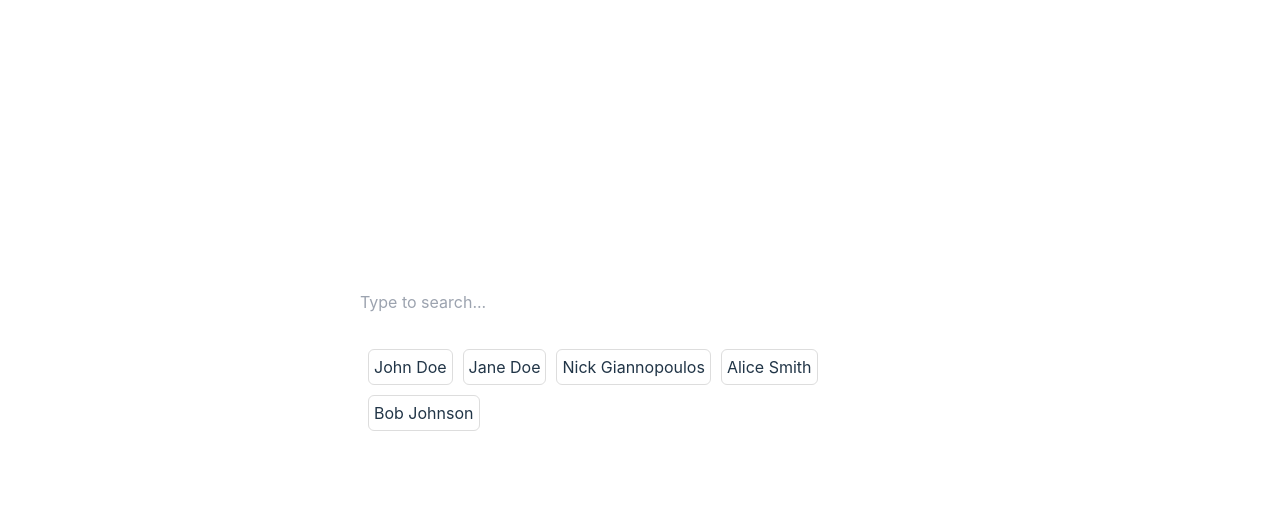
Repository: Ayansaxena24/Chip
Page: /
The author's editor kept a copy of each file at every save. The page is drawn from the files as they stood at one save, then again after a run of saves.
The browser window is 1280 px wide. The pictures show the whole page.
Some web libraries are served in a nearby version. The project was rebuilt for these pictures with package versions that can differ from the ones it lists, and the page was loaded fresh each time. Also part of the build but not shown: vite.config.ts, src/ChipInput.css.

Above is the page before, as saved 2024-01-16 03:41:45.

After the next 2 saves:
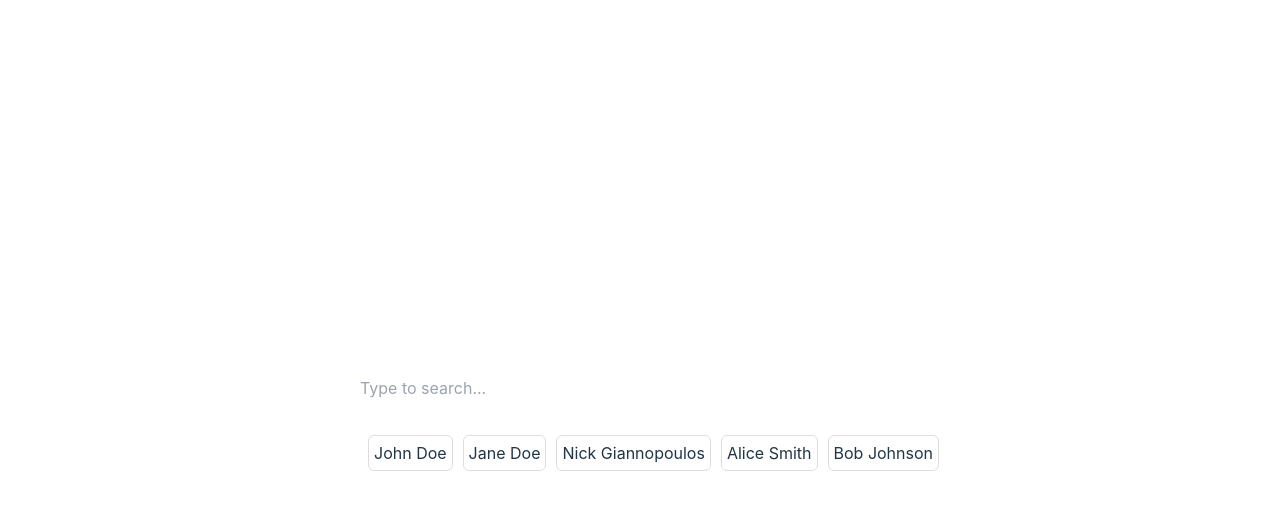
The 2 saves are shown as one change because they came seconds apart.
The last was saved 38 s later.
--- a/src/ChipInput.tsx
+++ b/src/ChipInput.tsx
@@ -95,7 +95,7 @@ const ChipInput: React.FC = () => {
             className="rounded-md w-[100vh] pl-2 py-4 fixed"
           />
         </div>
-        <ul className={`${chips.length !== 5 ? "mt-16 cursor-pointer p-[5px] m-[5px] border-white rounded-md border-[1px] border-solid flex flex-wrap" : ""}`}>
+        <ul className={`${chips.length !== 5 ? "mt-16 cursor-pointer p-[5px] m-[5px] border-white rounded-md border-[1px] border-solid flex flex-wrap fixed" : ""}`}>
           {filteredItems.map((item) => (
             <li className="cursor-pointer p-[5px] m-[5px] border-[1px] border-[#ddd] rounded-md hover:text-black hover:bg-white duration-300 ease-in-out hover:scale-105" key={item} onClick={() => handleChipClick(item)}>
               {item}
